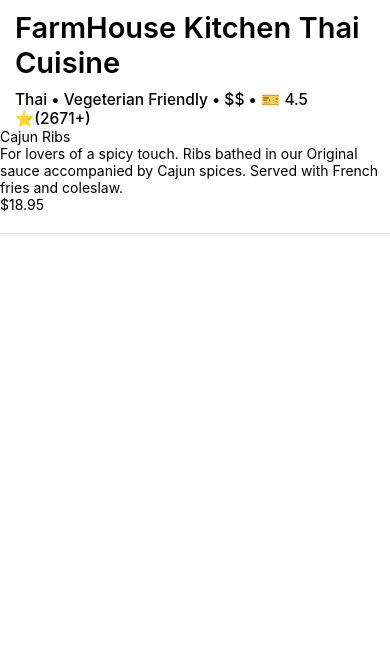
Repository: remydev47/ubereats-frontend
Screen: /RestaurantDetails
An editor plug-in stored every save of this project. The screen is shown before and after the next save, followed by the edit.
The pictures show rows 180 to 844 of an output 844 px tall.
The app was drawn by React Native's web renderer in a window 390 px wide. The project was rebuilt for these pictures with package versions that can differ from the ones it lists, and the page was loaded fresh each time. Also part of the build but not shown: components/Home/HeaderTabs.js, components/Home/SearchBar.js, components/Home/Categories.js, components/Home/RestaurantItems.js, components/Home/BottomTabs.js, Screens/Home.js.

Above is the screen before, as saved 2022-05-29 23:35:44.

After the next save:
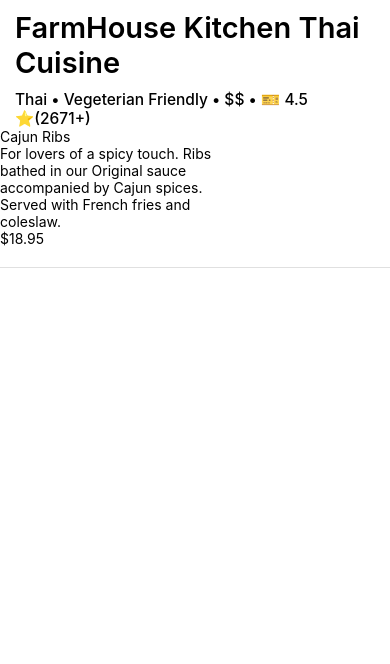
Saved 43 s later.
--- a/components/restaurantDetails/MenuItems.js
+++ b/components/restaurantDetails/MenuItems.js
@@ -54,7 +54,7 @@
 
 const FoodInfo = (props) => {
     return(
-       <View>
+       <View style={{ width: 240, justifyContent: "space-evenly"}}>
            <Text>{props.food.title}</Text>
            <Text>{props.food.description}</Text>
            <Text>{props.food.price}</Text>
